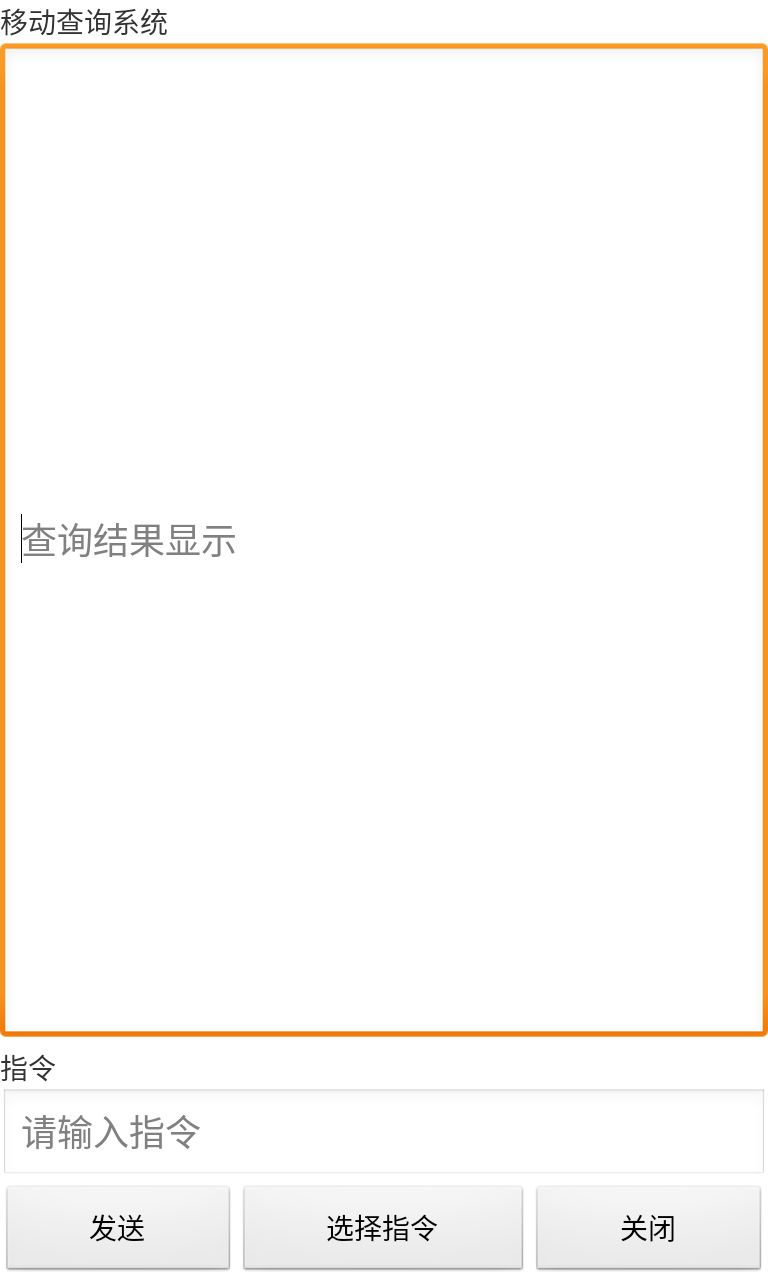
Repository: garfieldtom/android
Layout: QueryFromServer/res/layout/activity_query.xml
These files come from the project's save history. The layout is drawn as it stood at one moment and after the next save; the edit follows.
It is drawn on a 768 x 1280 px phone screen (xhdpi) without system bars, with theme AppTheme; the app's code is not run.

Above is the layout before, as saved 2012-12-16 00:14:06.

### QueryFromServer/res/layout/activity_query.xml
<LinearLayout xmlns:android="http://schemas.android.com/apk/res/android"
    xmlns:tools="http://schemas.android.com/tools"
    android:layout_width="fill_parent"
    android:layout_height="fill_parent"
    android:orientation="vertical"
    tools:context=".QueryActivity" >

    <TextView
        android:layout_width="fill_parent"
        android:layout_height="wrap_content"
        android:layout_centerHorizontal="true"
        android:layout_centerVertical="true"
        android:text="@string/hello_world" />

    <EditText
        android:id="@+id/mtxtContent"
        android:layout_width="fill_parent"
        android:layout_height="wrap_content"
        android:layout_weight="0.15"
        android:ems="10"
        android:hint="@string/queryresult"
        android:inputType="textMultiLine" >

        <requestFocus />
    </EditText>

    <TextView
        android:layout_width="fill_parent"
        android:layout_height="wrap_content"
        android:layout_centerHorizontal="true"
        android:layout_centerVertical="true"
        android:text="@string/command" />

    <EditText
        android:id="@+id/edtCommand"
        android:layout_width="fill_parent"
        android:layout_height="wrap_content"
        android:ems="10"
        android:hint="@string/commandhint" />

    <LinearLayout
        android:layout_width="fill_parent"
        android:layout_height="wrap_content" >

        <Button
            android:id="@+id/btnSend"
            android:layout_width="wrap_content"
            android:layout_height="wrap_content"
            android:layout_weight="1"
            android:onClick="OnQueryButtonClick"
            android:text="@string/send" />

        <Button
            android:id="@+id/btnSelectCommand"
            android:layout_width="wrap_content"
            android:layout_height="wrap_content"
            android:layout_weight="1"
            android:onClick="OnQueryButtonClick"
            android:text="@string/selectcommand" />

        <Button
            android:id="@+id/btnClose"
            android:layout_width="wrap_content"
            android:layout_height="wrap_content"
            android:layout_weight="1"
            android:onClick="OnQueryButtonClick"
            android:text="@string/btnclose" />

    </LinearLayout>

</LinearLayout>

### QueryFromServer/res/values/strings.xml
<?xml version="1.0" encoding="utf-8"?>
<resources>

    <string name="app_name">QueryFromServer</string>
    <string name="hello_world">移动查询系统</string>
    <string name="menu_settings">设置</string>
    <string name="title_activity_main">移动查询系统</string>
    <string name="save">保存</string>
    <string name="cancel">取消</string>
    <string name="host">主机地址</string>
    <string name="port">主机端口</string>
    <string name="title_activity_system_set">系统设置</string>
    <string name="btnsystemset">系统设置</string>
    <string name="btnhide">隐藏</string>
    <string name="btnclose">关闭</string>
    <string name="pstate">电话状态</string>
    <string name="aboutinfo">Copyright By Garfield</string>
    <string name="title_activity_about">关于</string>
    <string name="btnabout">关于</string>
    <string name="copyright">Copyright By Garfield</string>
    <string name="btntest">测试</string>
    <string name="title_activity_query">QueryActivity</string>
    <string name="command">指令</string>
    <string name="commandhint">请输入指令</string>
    <string name="queryresult">查询结果显示</string>
    <string name="send">发送</string>
    <string name="selectcommand">选择指令</string>
    <string name="btnStartQuery">开始查询</string>

</resources>

Loaded but not shown: QueryFromServer/res/values/styles.xml (common file)

After the next save:
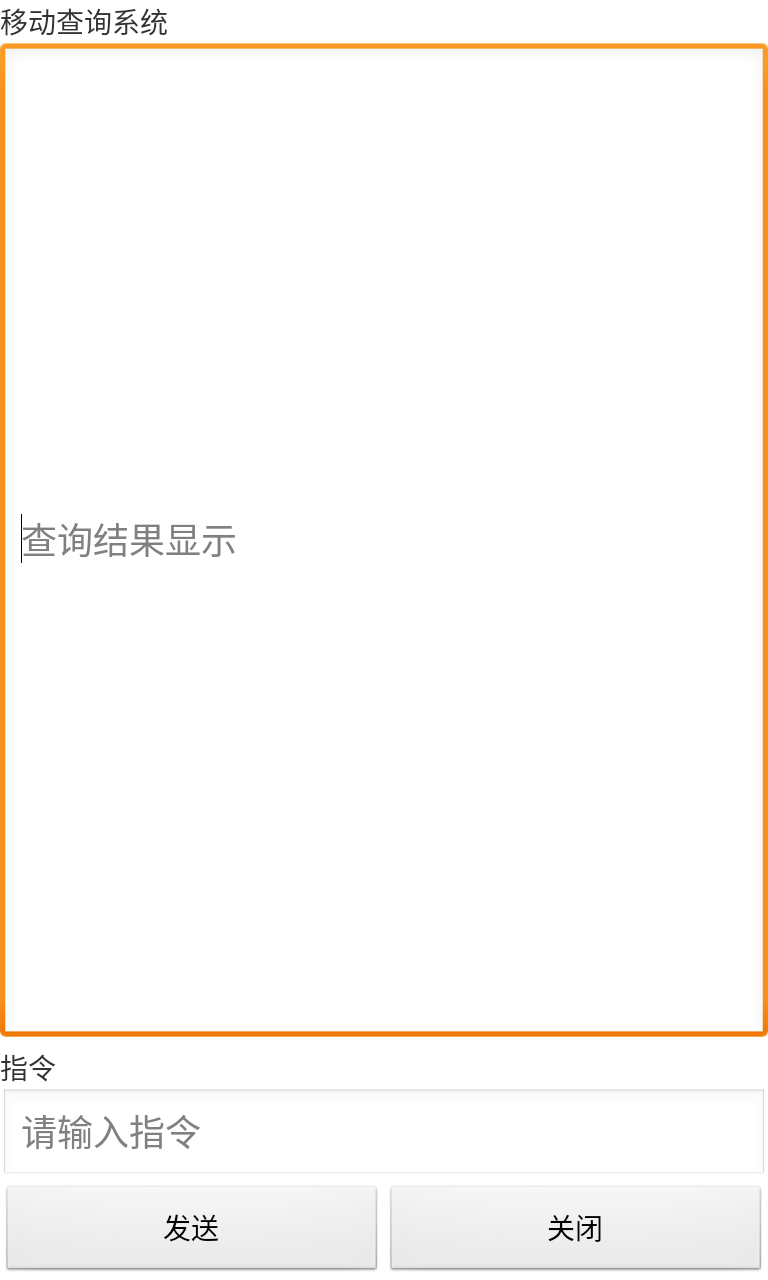
Saved 28 min 27 s later.
--- a/QueryFromServer/res/layout/activity_query.xml
+++ b/QueryFromServer/res/layout/activity_query.xml
@@ -51,14 +51,6 @@
             android:text="@string/send" />
 
         <Button
-            android:id="@+id/btnSelectCommand"
-            android:layout_width="wrap_content"
-            android:layout_height="wrap_content"
-            android:layout_weight="1"
-            android:onClick="OnQueryButtonClick"
-            android:text="@string/selectcommand" />
-
-        <Button
             android:id="@+id/btnClose"
             android:layout_width="wrap_content"
             android:layout_height="wrap_content"
